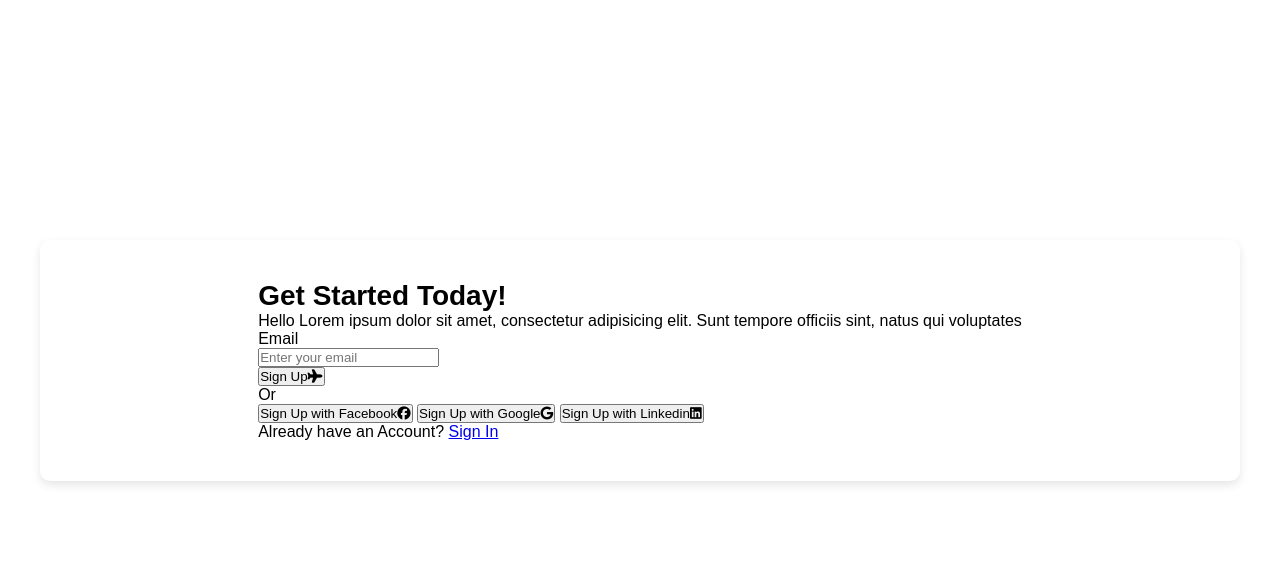
Repository: Femi007-gh/Login-V2
Page: index.html
These files come from the project's save history. The page is drawn as it stood at one moment and after the next save; the edit follows.
The browser window is 1280 px wide. The pictures show the whole page.

Above is the page before, as saved 2025-01-27 06:58:18.

After the next save:
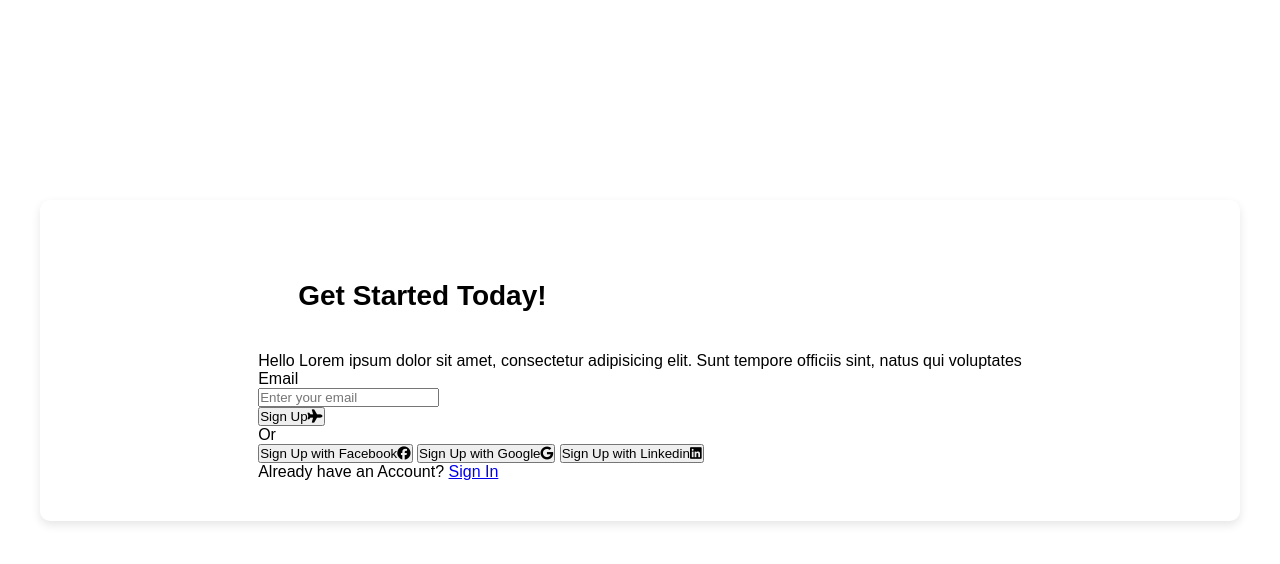
Saved 4 s later.
--- a/style.css
+++ b/style.css
@@ -32,5 +32,5 @@
 
 h1 {
   font-size: 28px;
-  padding
+  padding: 40px;
 }

After the 4 saves that followed:
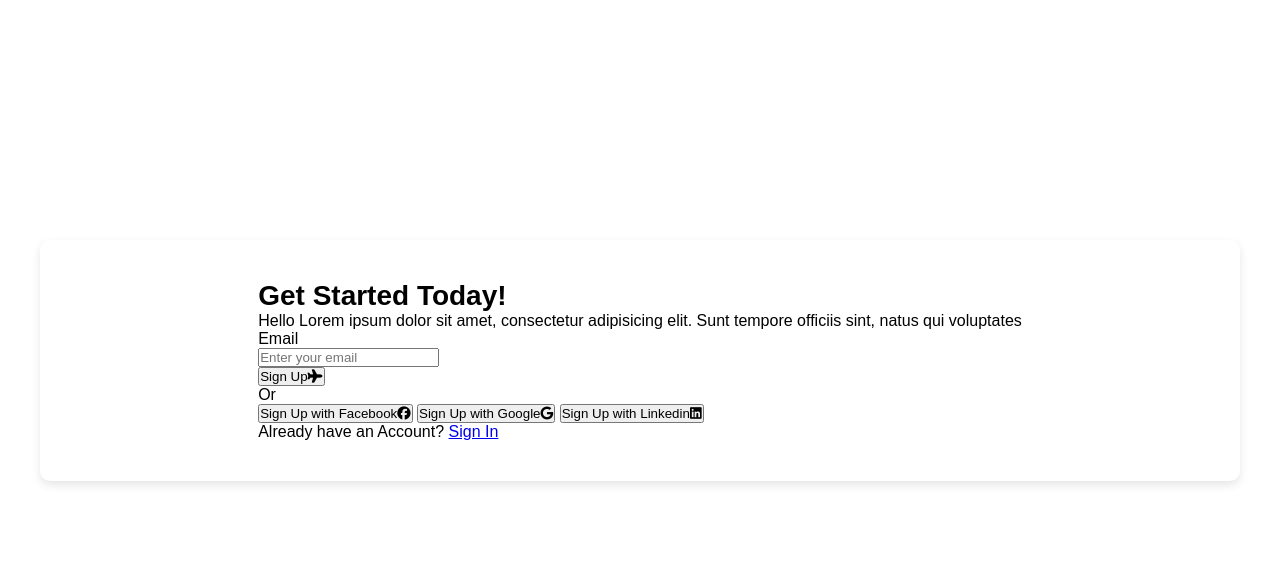
The 4 saves are shown as one change because 2 left the picture as it was and some came seconds apart.
The last was saved 22 s later.
--- a/style.css
+++ b/style.css
@@ -32,5 +32,6 @@
 
 h1 {
   font-size: 28px;
-  padding: 40px;
+  display: flex;
+
 }
